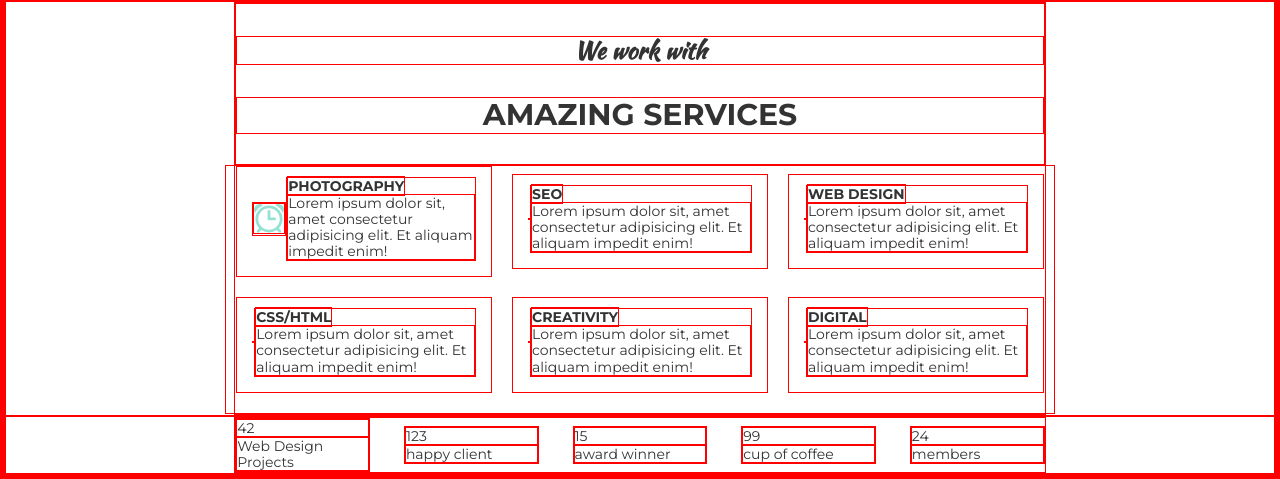
Repository: nataliiasaltan/Homework
Page: index.html
The author's editor kept a copy of each file at every save. The page is drawn from the files as they stood at one save, then again after the next save.
The browser window is 1280 px wide. The pictures show the part of the page from y = 901 to 1380 px (the page is 1380 px tall before and 1330 px after).

Above is the page before, as saved 2020-02-27 11:17:08.

After the next save:
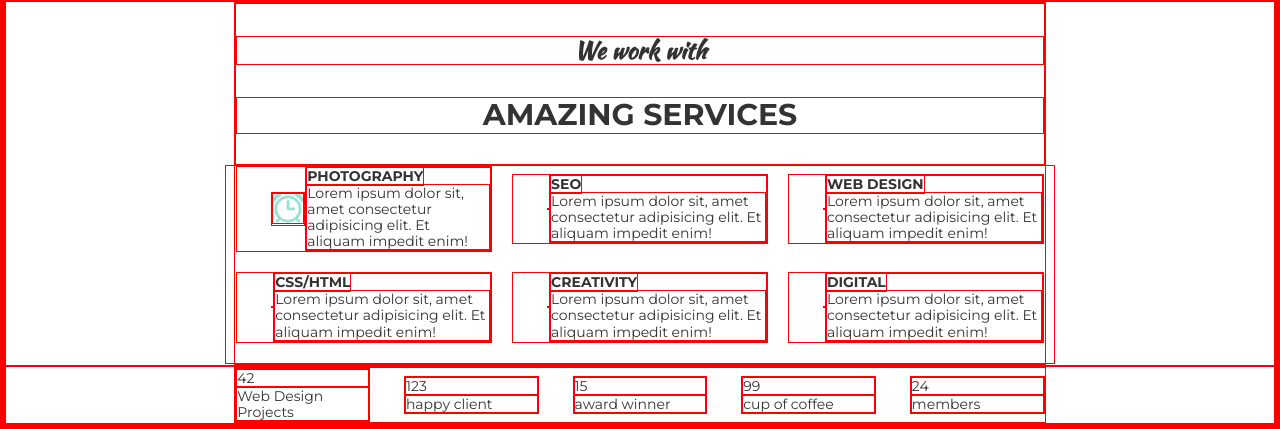
Saved 7 min 47 s later.
--- a/css/style.css
+++ b/css/style.css
@@ -140,6 +140,7 @@ header{
     top: 110%;
     left: 47%;
 }
+
 .creative{
     color: #ffffff;
     font-family: "Kaushan Script";
@@ -204,7 +205,7 @@ header{
 .development{
     margin: 0 10px 20px;
 	width: calc(33.333% - 20px);
-    padding: 10px 15px 15px;
+    padding-left: 34px;
     display: flex;
     align-items: center;
 }
